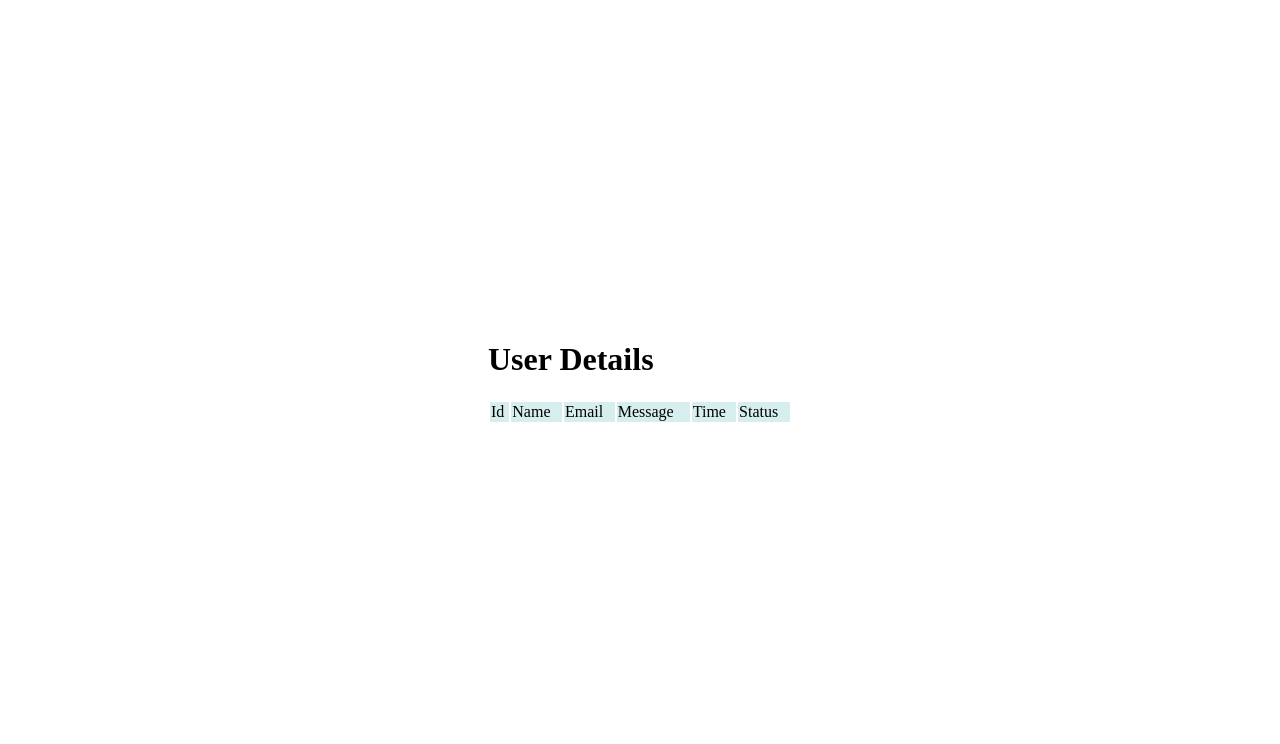
Repository: Shivamkr522/Contact_Us_Page
Page: http://localhost/ContactUs/dashboard
An editor plug-in stored every save of this project. The page is shown before and after the next save, followed by the edit.
The browser window is 1280 px wide. The pictures show the whole page.
The page is served by Tomcat 9. The session is filled in as if someone had signed in: {"admin": "Test User"}. Queries for data that is not in the repository find no rows.

Above is the page before, as saved 2022-12-11 20:08:20.

After the next save:
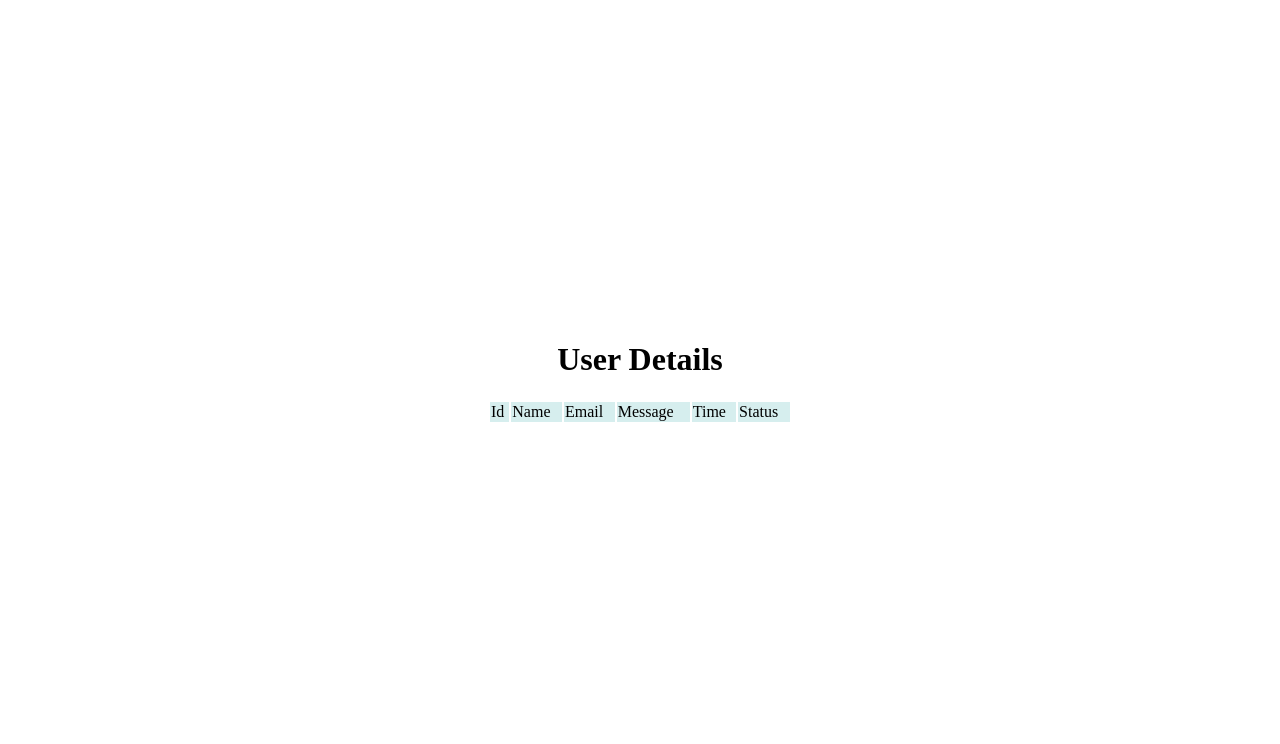
Saved 28 s later.
--- a/ContactUs/src/main/webapp/dashboard.css
+++ b/ContactUs/src/main/webapp/dashboard.css
@@ -13,6 +13,9 @@ tr:hover{
 	background-color: #D6EEEE;
 }
 
+h1{
+	text-align: center;
+}
 
 #table-content{
 	display: flex;
